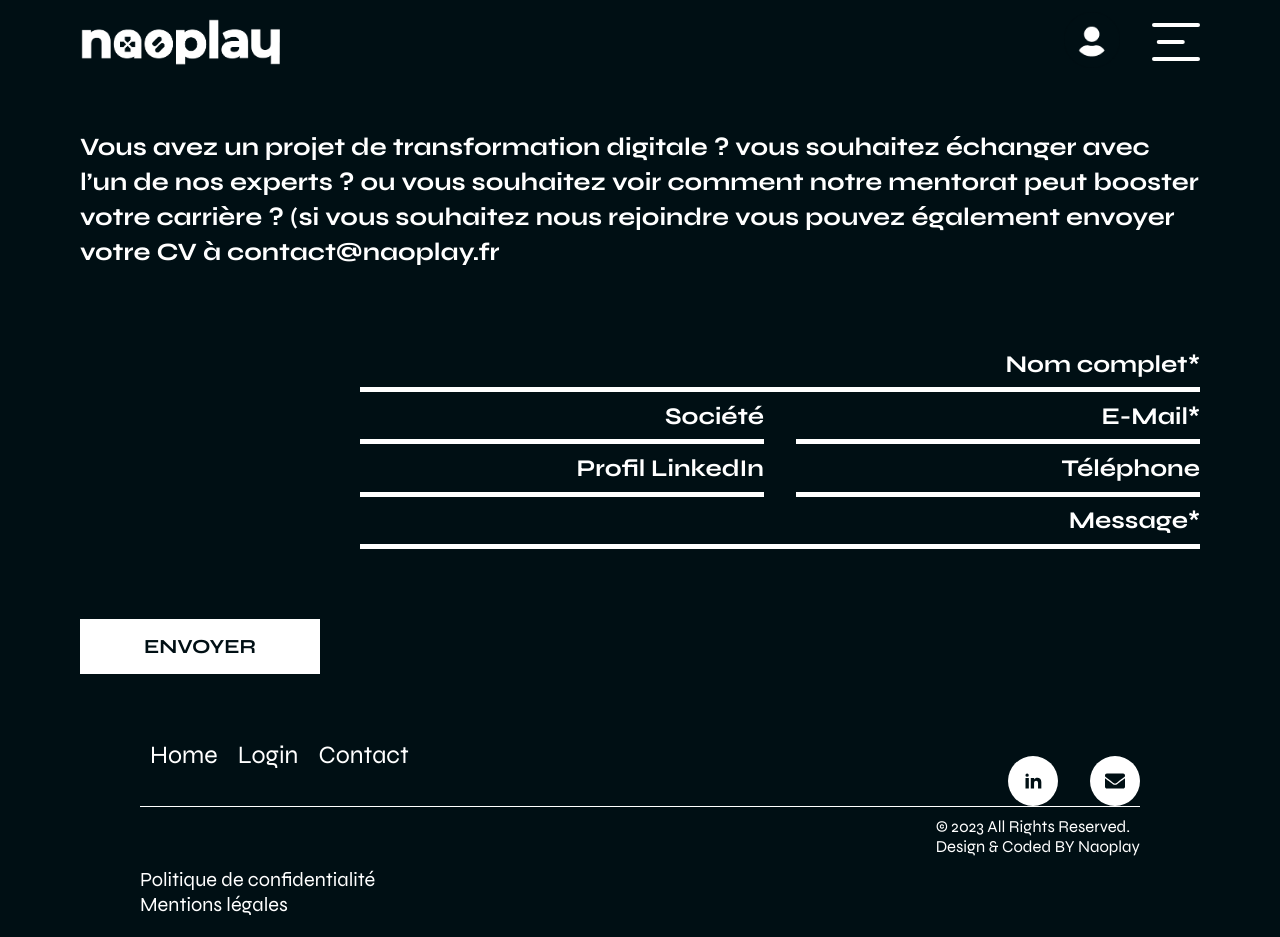
Repository: Hindsedrati/Naoplay
Page: /contact
These files come from the project's save history. The page is drawn as it stood at one moment and after the next save; the edit follows.
The browser window is 1280 px wide. The pictures show the whole page.
The project was rebuilt for these pictures with package versions that can differ from the ones it lists, and the page was loaded fresh each time. Also part of the build but not shown: src/Pages/Login/index.jsx, src/Components/Const/index.jsx, src/Components/Partners/index.jsx, src/Components/Naoplay/index.jsx, src/Components/Api/index.jsx, src/Components/Digitalisation/index.jsx, src/Components/Gateway/index.jsx, src/Components/ApiManagement/index.jsx and 6 more.

Above is the page before, as saved 2023-05-09 14:24:06.

After the next save:
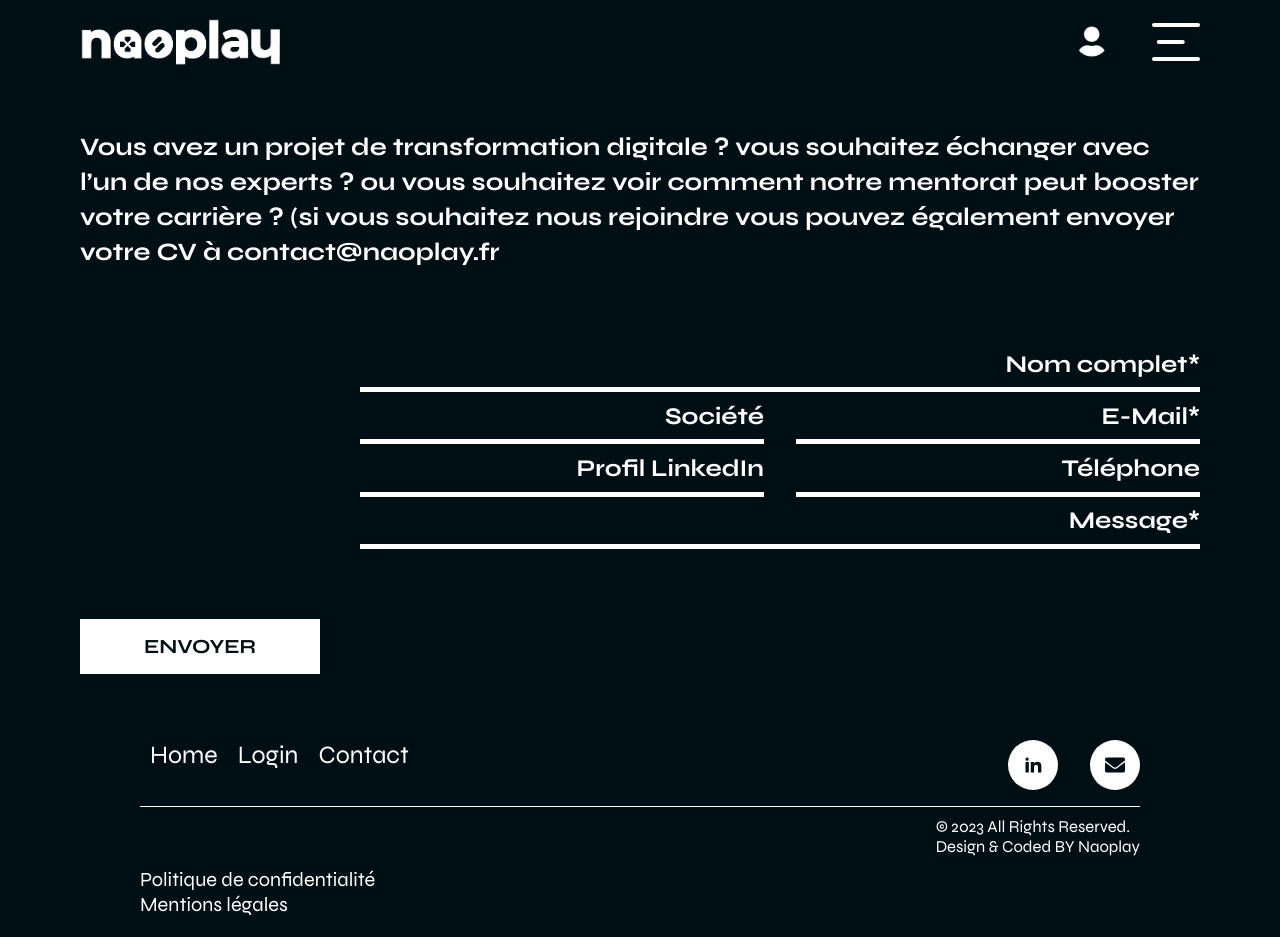
Saved 2 min 20 s later.
--- a/src/Layouts/Footer/footer.scss
+++ b/src/Layouts/Footer/footer.scss
@@ -35,7 +35,7 @@
 
         display: flex;
         gap: 2rem;
-        margin-top: 1rem;
+        margin-bottom: 1rem;
 
         a {
             width: 50px;
